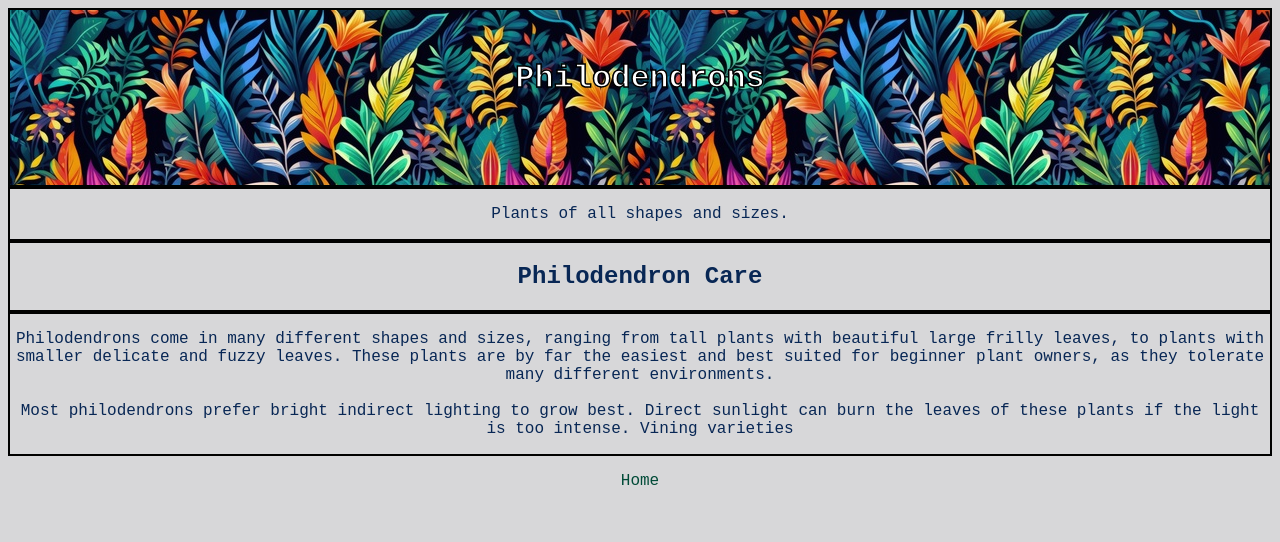
Repository: swillis91/odin-recipies
Page: Planty Page/philodendrons.html
The author's editor kept a copy of each file at every save. The page is drawn from the files as they stood at one save, then again after the next save.
The browser window is 1280 px wide. The pictures show the whole page.

Above is the page before, as saved 2023-08-14 23:14:45.

### Planty Page/philodendrons.html
<!DOCTYPE html>
    <html>
        <head>
            <title>Calatheas</title>
            <link href="style.css" rel="stylesheet"
        </head>
        <body>
            <div class="Header">
            <h1 class="heading">Philodendrons</h1>
            </div>
            <div class="box">
              <p>Plants of all shapes and sizes.</p>
            </div>
            <div class="box">
            <h2 class="species">Philodendron Care</h2>
            </div>
            <div class="box">
                <p class="care">Philodendrons come in many different shapes and sizes, ranging from tall plants with beautiful large frilly leaves, to plants with smaller delicate and fuzzy leaves. These plants are by far the easiest and best suited for beginner plant owners, as they tolerate many different environments.
                <br>
                <br>
                Most philodendrons prefer bright indirect lighting to grow best. Direct sunlight can burn the leaves of these plants if the light is too intense. Vining varieties
            </p>
            </div>
              </p>
                <!--img src="./Images/makoyana.webp" id="calathea makoyana" width="700px"-->
            <footer>
                <nav>
                    <a href="./index.html" class="navigation">Home</a>

                </nav>
            </footer>
        </body>
    </html>

### Planty Page/style.css
body{
    background-color: rgb(215, 215, 217);
    color:rgb(8, 39, 85);
    text-align: center;
    font-family: 'Permanent Marker', cursive;
    font-family: 'Space Mono', monospace;
}

.heading{
    color: rgb(0, 0, 0);
    -webkit-text-fill-color: rgb(255, 255, 255);
    -webkit-text-stroke-width: 1.5px;
    -webkit-text-stroke-color: rgb(0, 0, 0);
    text-transform: capitalize;
    border: 2px solid rgb(0, 3, 3);
    background-image: url('Images/banner.jpg');
    height: 75px;
    margin: 0 auto;
    padding:50px 20px;

}

div.box{
    border:2px solid black;
    display: flex;
    margin-left: auto;
    flex-direction:column;
    align-content: center;
}

#calathea-makoyana{
    width: 500px;
    Height: auto:
}

.navigation{
    color:rgb(1, 75, 56);
    text-decoration: none;
}

a:hover{
    color: rgb(20, 220, 2);
    background-color: rgb(5, 55, 1);
}

After the next save:
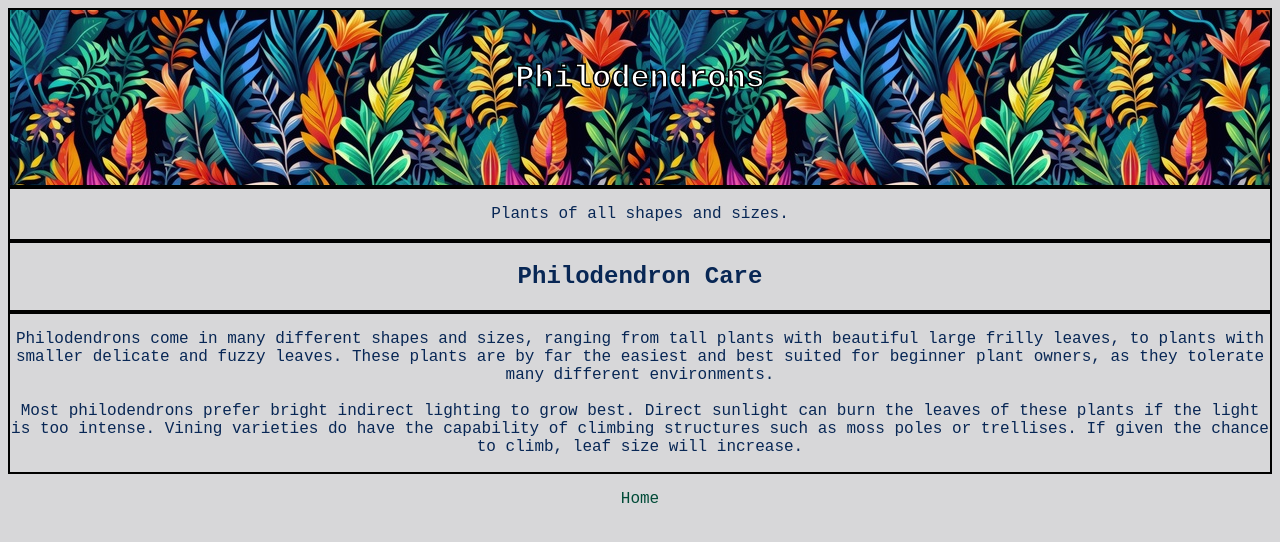
Saved 40 s later.
--- a/Planty Page/philodendrons.html
+++ b/Planty Page/philodendrons.html
@@ -18,7 +18,7 @@
                 <p class="care">Philodendrons come in many different shapes and sizes, ranging from tall plants with beautiful large frilly leaves, to plants with smaller delicate and fuzzy leaves. These plants are by far the easiest and best suited for beginner plant owners, as they tolerate many different environments.
                 <br>
                 <br>
-                Most philodendrons prefer bright indirect lighting to grow best. Direct sunlight can burn the leaves of these plants if the light is too intense. Vining varieties
+                Most philodendrons prefer bright indirect lighting to grow best. Direct sunlight can burn the leaves of these plants if the light is too intense. Vining varieties do have the capability of climbing structures such as moss poles or trellises. If given the chance to climb, leaf size will increase.
             </p>
             </div>
               </p>
